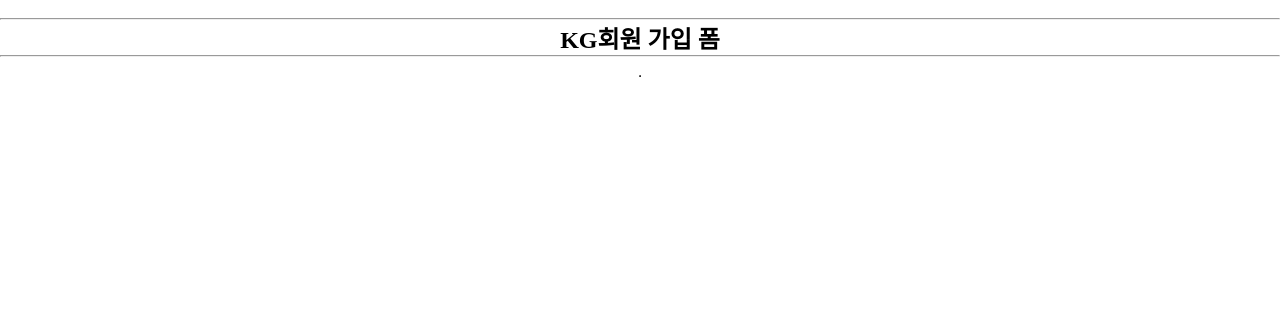
Repository: orieasy1/23-1-Programming-Study
Page: http://localhost/Jsp_DB/member/joinForm.jsp
The author's editor kept a copy of each file at every save. The page is drawn from the files as they stood at one save, then again after the next save.
The browser window is 1280 px wide. The pictures show the whole page.
The page is served by Tomcat 9.

Above is the page before, as saved 2023-08-20 09:06:16.

After the next save:
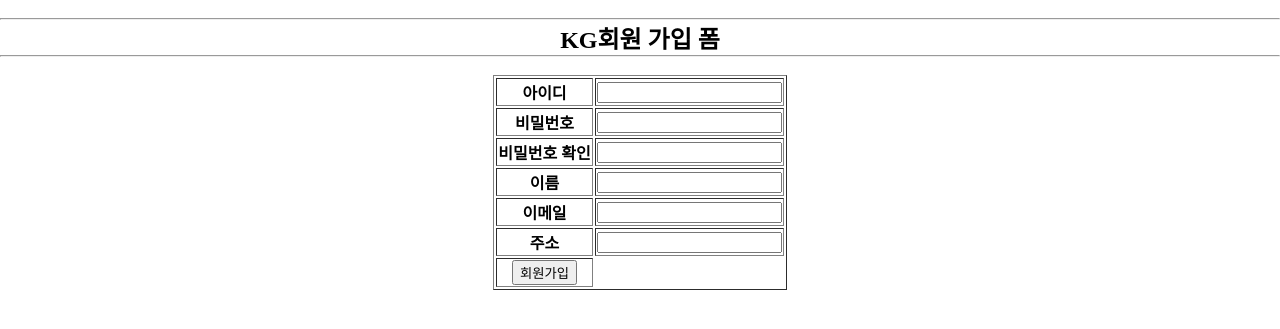
Saved 2 min 4 s later.
--- a/JSPcode/Jsp_DB/src/main/webapp/member/joinForm.jsp
+++ b/JSPcode/Jsp_DB/src/main/webapp/member/joinForm.jsp
@@ -37,6 +37,40 @@
 
 		<table border="1">
 
+			<tr>
+				<th>아이디</th>
+				<td><input type="text" name="id"></td>
+			</tr>
+
+			<tr>
+				<th>비밀번호</th>
+				<td><input type="password" name="pw"></td>
+			</tr>
+
+			<tr>
+				<th>비밀번호 확인</th>
+				<td><input type="text" name="pwCheck"></td>
+			</tr>
+
+			<tr>
+				<th>이름</th>
+				<td><input type="text" name="name"></td>
+			</tr>
+
+			<tr>
+				<th>이메일</th>
+				<td><input type="text" name="email"></td>
+			</tr>
+
+			<tr>
+				<th>주소</th>
+				<td><input type="text" name="address"></td>
+			</tr>
+
+			<tr>
+				<td><input type="submit" value="회원가입"></td>
+			</tr>
+
 		</table>
 
 	</form>
